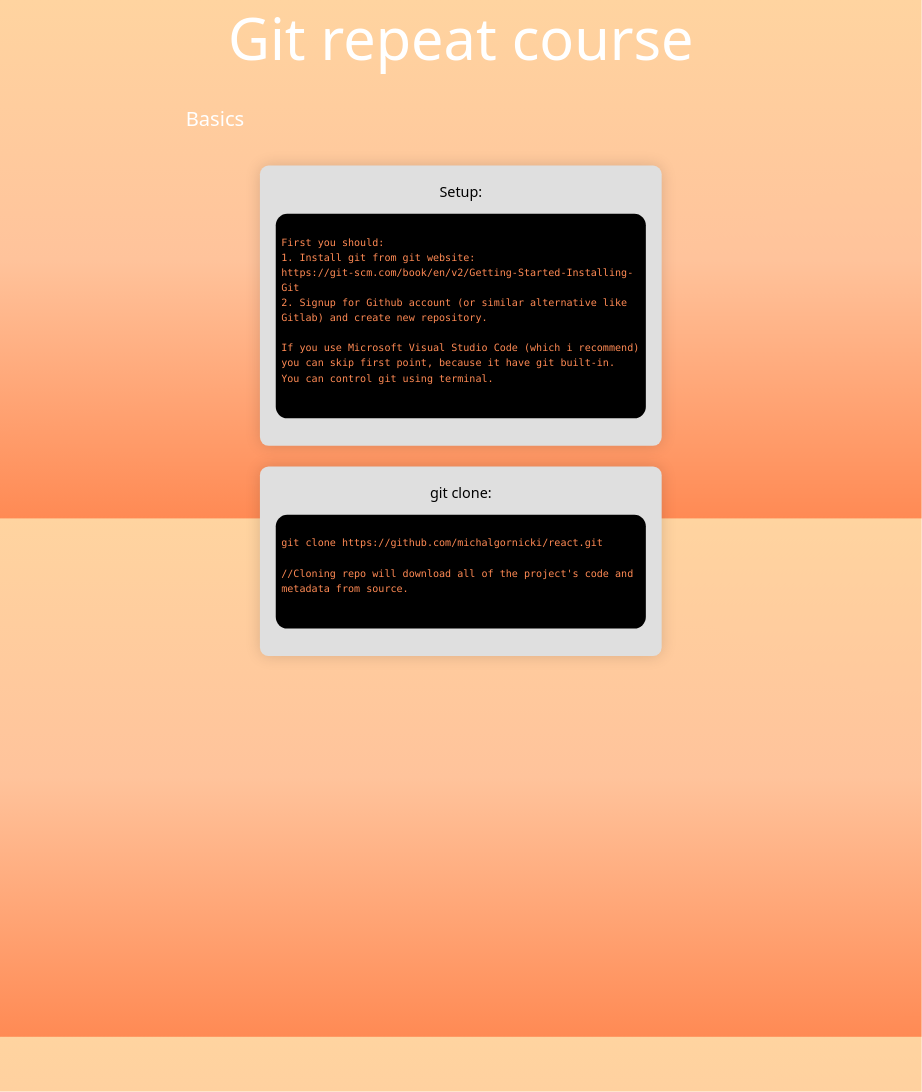
Repository: michalgornicki/git
Page: /
An editor plug-in stored every save of this project. The page is shown before and after the next save, followed by the edit.
The browser window is 1280 px wide. The pictures show the whole page, at 72% of full size.
Backgrounds fixed to the window are drawn as part of the page. The project was rebuilt for these pictures with package versions that can differ from the ones it lists, and the page was loaded fresh each time. Imported but missing from the stored project, and not drawn on this page: src/components/DOM manipulation.jsx, src/components/async.jsx, src/components/loops.jsx, src/components/numbers.jsx, src/components/variables.jsx, src/components/window.jsx.

Above is the page before, as saved 2022-02-10 07:57:31.

After the next save:
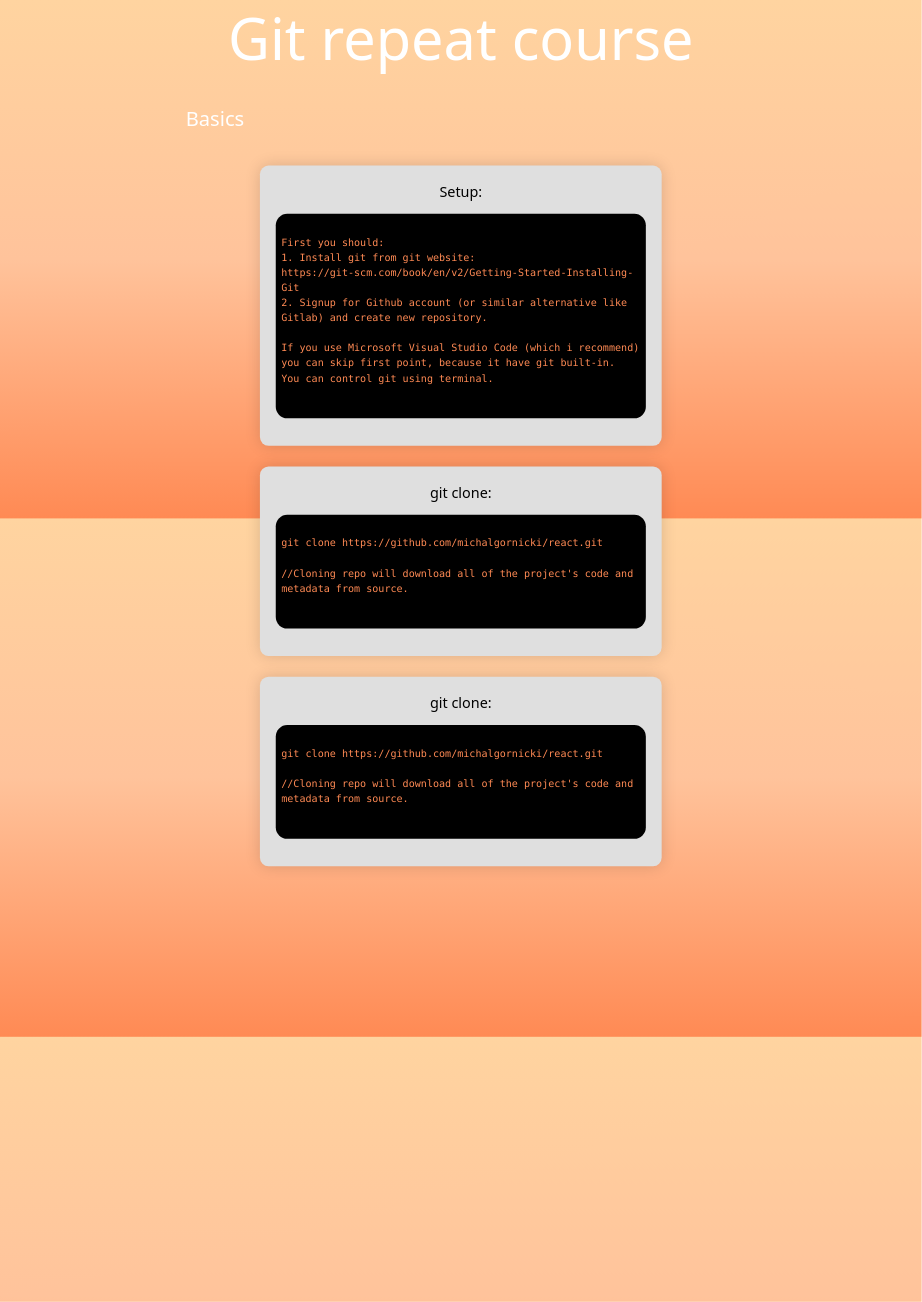
Saved 72 s later.
--- a/src/components/arrays.jsx
+++ b/src/components/arrays.jsx
@@ -29,6 +29,18 @@ git clone https://github.com/michalgornicki/react.git
           </div>
       </div>
 
+      <div className="js-item">
+        {" "}
+        <div className="">git clone: </div>
+        <div className="text-pink">
+          <pre>{`
+git clone https://github.com/michalgornicki/react.git
+
+//Cloning repo will download all of the project's code and metadata from source.
+          `}</pre>
+          </div>
+      </div>
+
       </div>
   );
 };
